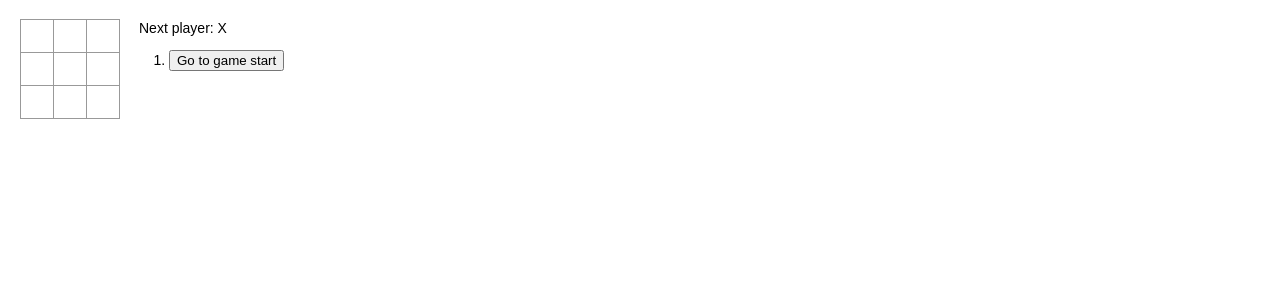
Repository: gomgomigom/react-tutorial
Page: /
An editor plug-in stored every save of this project. The page is shown before and after the next save, followed by the edit.
The browser window is 1280 px wide. The pictures show the whole page.
The project was rebuilt for these pictures with package versions that can differ from the ones it lists, and the page was loaded fresh each time.

Above is the page before, as saved 2021-12-28 11:48:21.

After the next save:
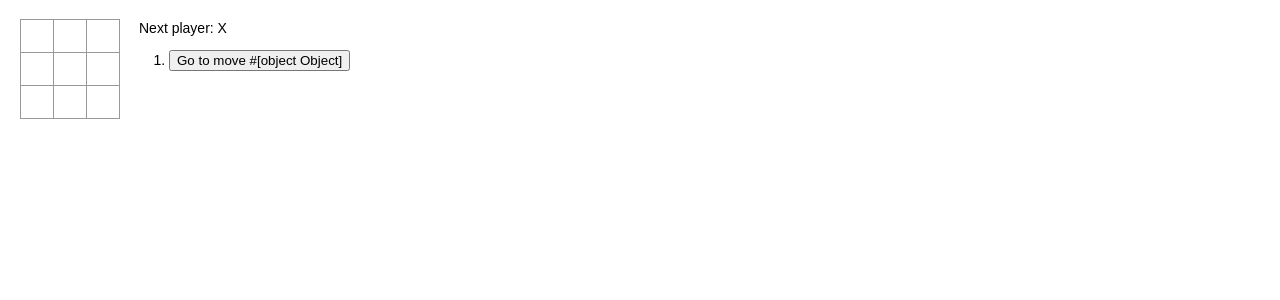
Saved 7 min 55 s later.
--- a/src/index.js
+++ b/src/index.js
@@ -91,7 +91,7 @@
     } else {
       status = `Next player: ${this.state.xIsNext ? 'X' : 'O'}`;
     }
-    const moves = history.map((step, move) => {
+    const moves = history.map((move) => {
       const desc = move ? 'Go to move #' + move : 'Go to game start';
       return (
         <li key={move}>

After the save that followed:
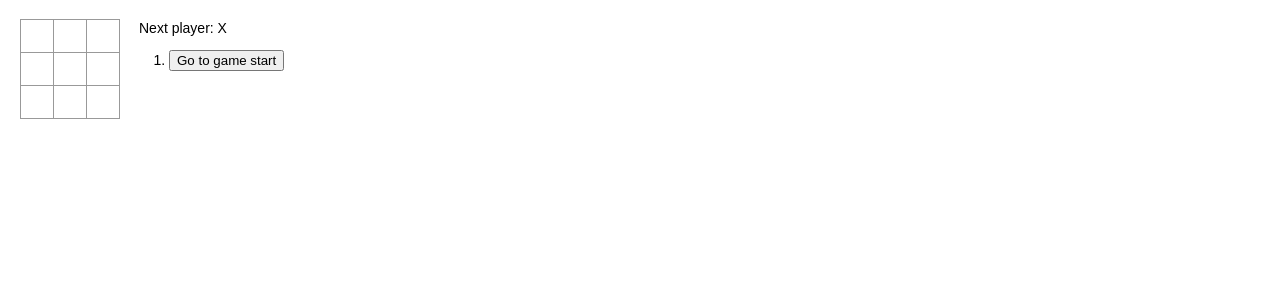
Saved 11 s later.
--- a/src/index.js
+++ b/src/index.js
@@ -91,7 +91,7 @@
     } else {
       status = `Next player: ${this.state.xIsNext ? 'X' : 'O'}`;
     }
-    const moves = history.map((move) => {
+    const moves = history.map((step, move) => {
       const desc = move ? 'Go to move #' + move : 'Go to game start';
       return (
         <li key={move}>
